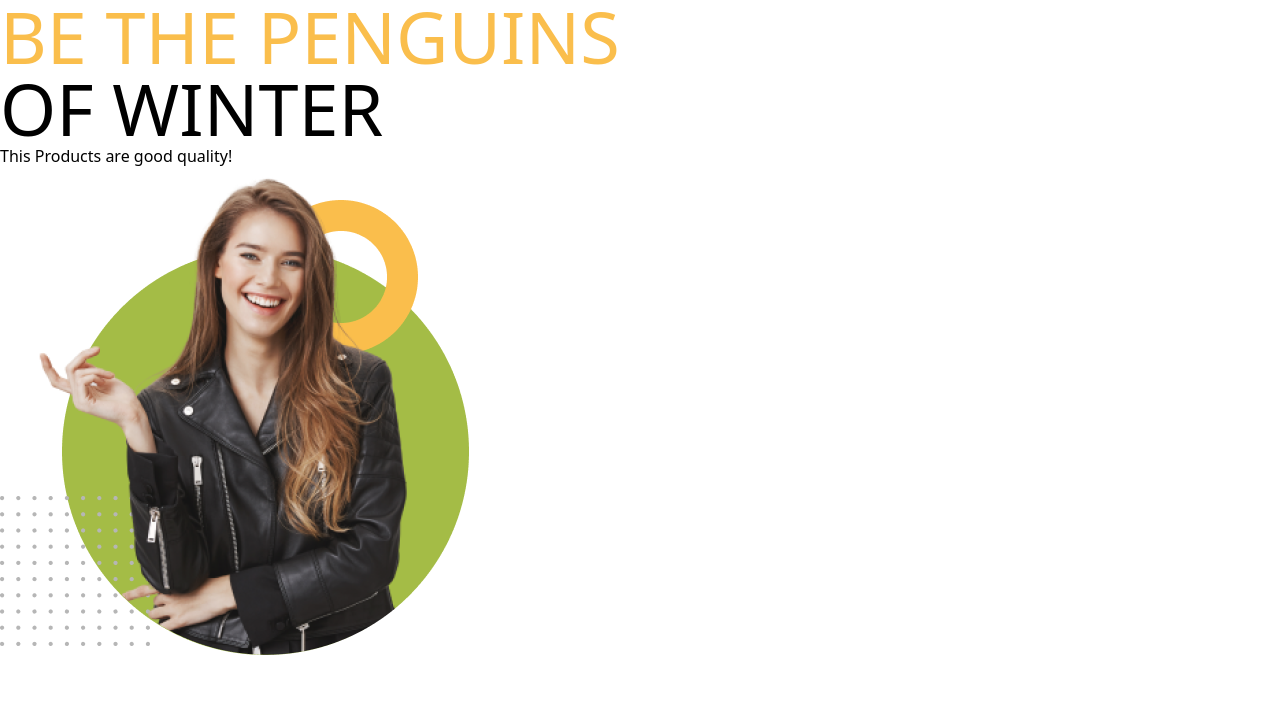
Repository: SyeadaSakina/Penguins-fashion
Page: index.html
These files come from the project's save history. The page is drawn as it stood at one moment and after the next save; the edit follows.
The browser window is 1280 px wide. The pictures show the whole page.
Some web libraries are served in a nearby version.

Above is the page before, as saved 2023-07-21 22:21:24.

After the next save:
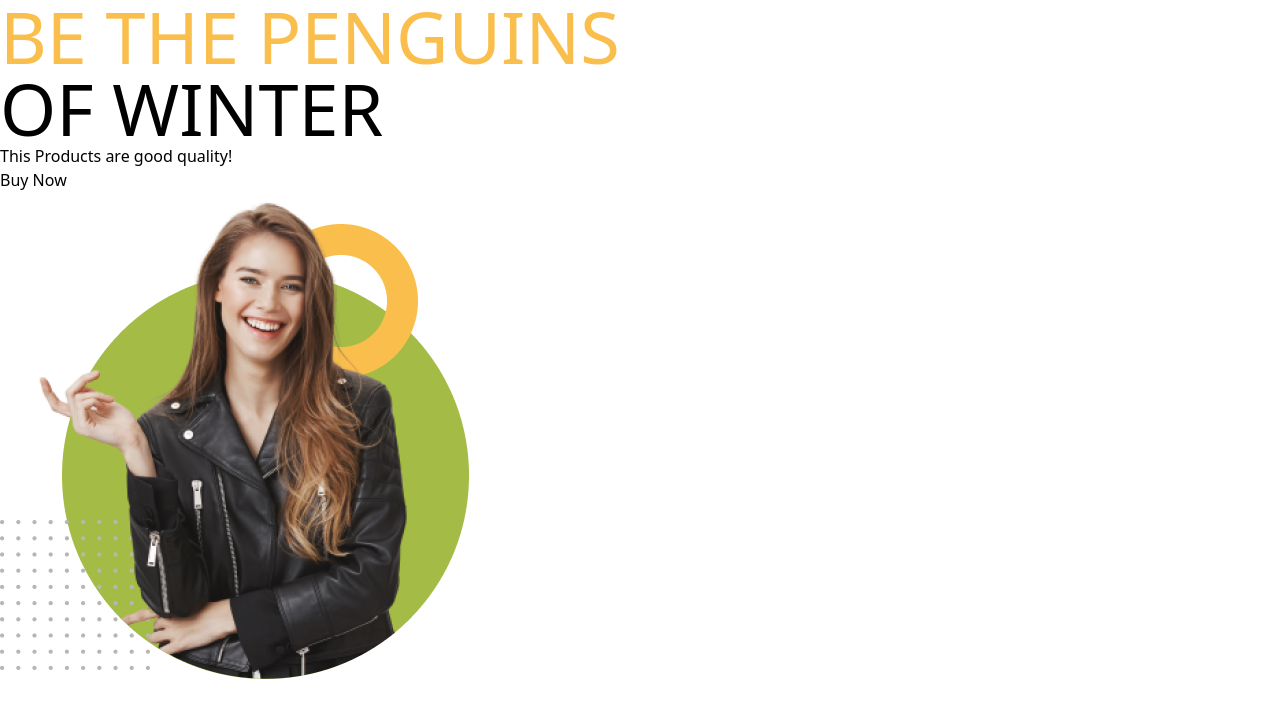
Saved 29 s later.
--- a/index.html
+++ b/index.html
@@ -18,6 +18,7 @@
                 <p>
                     This Products are good quality!
                 </p>
+                <button>Buy Now</button>
             </div>
         </div>
         <div>
